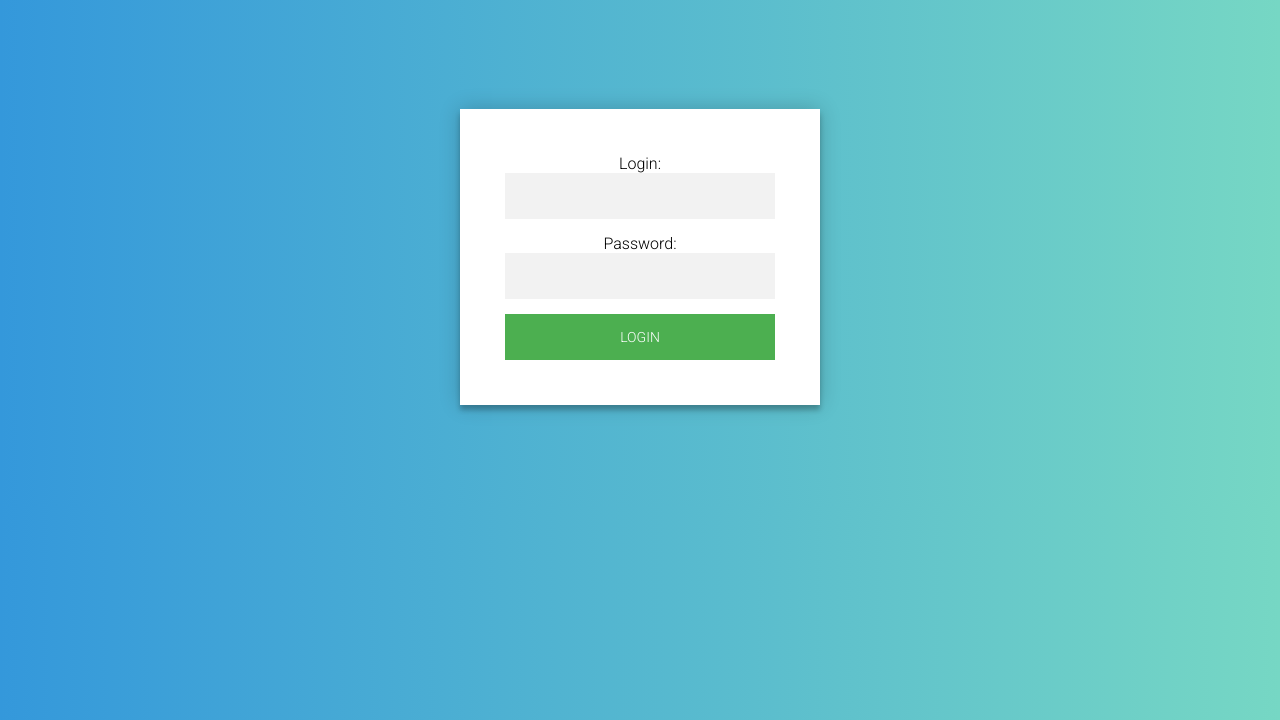
Repository: ViniciusBeletella/project-jsp
Page: http://localhost/project-jsp/
These files come from the project's save history. The page is drawn as it stood at one moment and after the next save; the edit follows.
The browser window is 1280 px wide. The pictures show the whole page.
The page is served by Tomcat 9.

Above is the page before, as saved 2019-12-20 13:14:23.

After the next save:
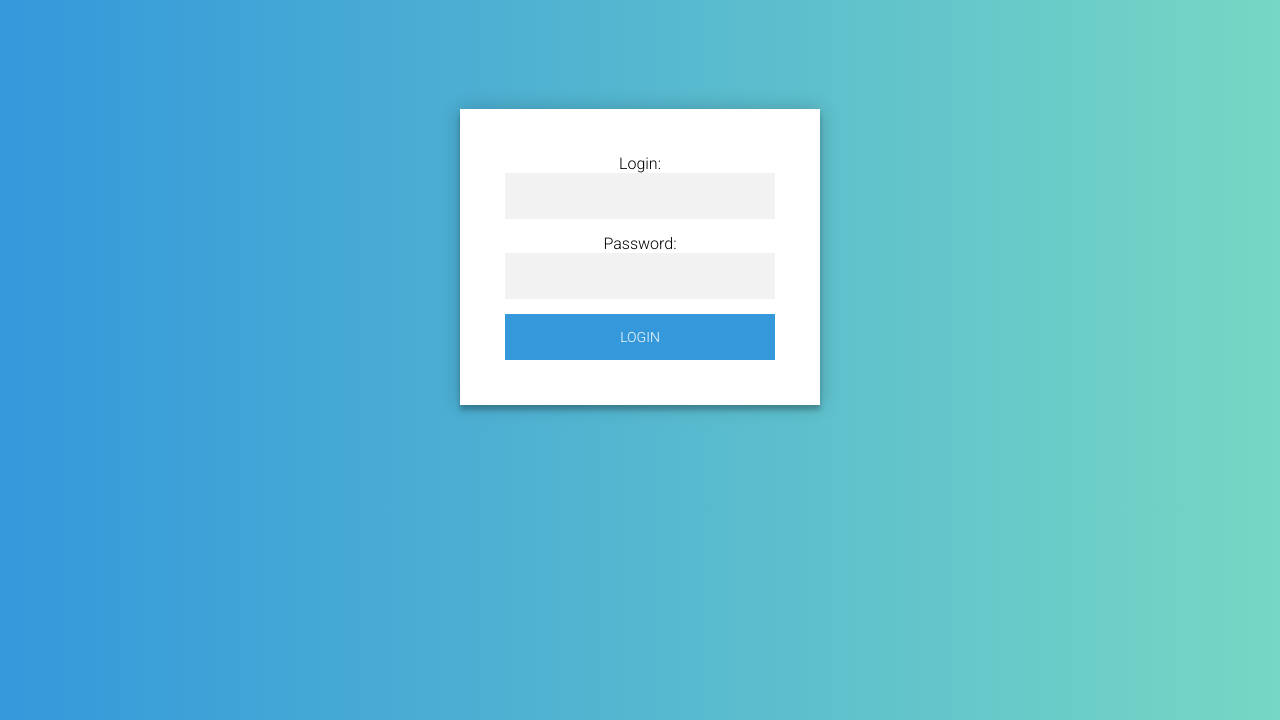
Saved 41 s later.
--- a/project-jsp/WebContent/resources/css/style.css
+++ b/project-jsp/WebContent/resources/css/style.css
@@ -31,7 +31,7 @@
   font-family: "Roboto", sans-serif;
   text-transform: uppercase;
   outline: 0;
-  background: #4CAF50;
+  background: #3498DB;
   width: 100%;
   border: 0;
   padding: 15px;
